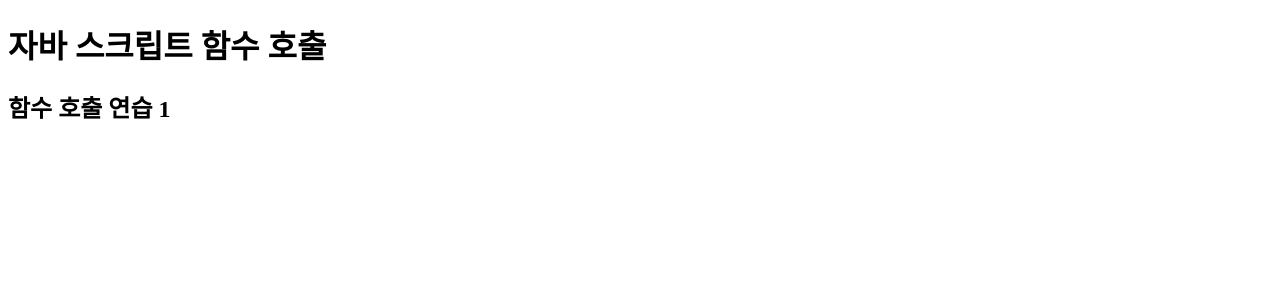
Repository: wjsjsn/23_webstudy
Page: 03_javascript/src/main/webapp/day02/Ex08_function.html
The author's editor kept a copy of each file at every save. The page is drawn from the files as they stood at one save, then again after the next save.
The browser window is 1280 px wide. The pictures show the whole page.

Above is the page before, as saved 2023-06-28 03:01:47.

### 03_javascript/src/main/webapp/day02/Ex08_function.html
<!DOCTYPE html>
<html>
<head>
<meta charset="UTF-8">
<title>html에서 자바 스크립트 함수 호출(이벤트 처리)</title>
<script type="text/javascript">
	function test(su){
		document.write("<h2> 함수 호출 연습 " + su + "</h2>");
	}
</script>
</head>
<body>
	<h1>자바 스크립트 함수 호출</h1>
	<!--  방법 1   -->
	<script type="text/javascript">test(1)</script>
</body>
</html>

After the next save:
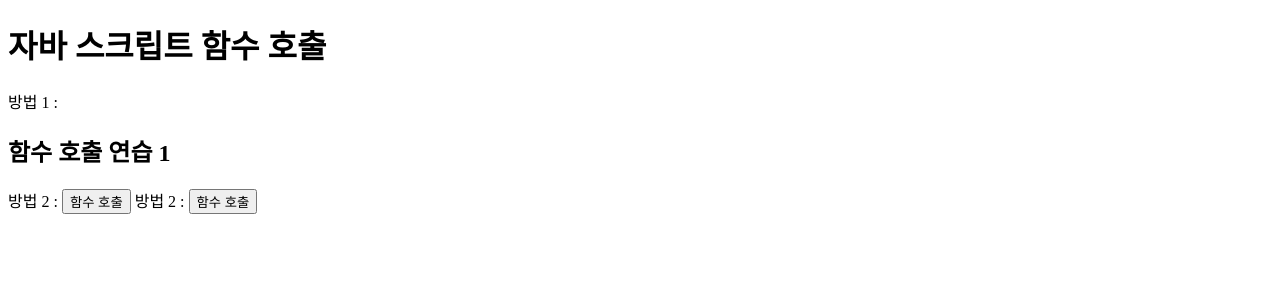
Saved 2 min 12 s later.
--- a/03_javascript/src/main/webapp/day02/Ex08_function.html
+++ b/03_javascript/src/main/webapp/day02/Ex08_function.html
@@ -11,7 +11,10 @@
 </head>
 <body>
 	<h1>자바 스크립트 함수 호출</h1>
-	<!--  방법 1   -->
-	<script type="text/javascript">test(1)</script>
+	방법 1 : <script type="text/javascript">test(1)</script>
+
+	<!-- 태그 속성이 on으로 시작하는 자바스크립트 함수 호출 가능 -->
+	방법 2 : <button onclick="test(2)">함수 호출</button>
+	방법 2 : <button onclick="javascript:test(3)">함수 호출</button>
 </body>
 </html>
